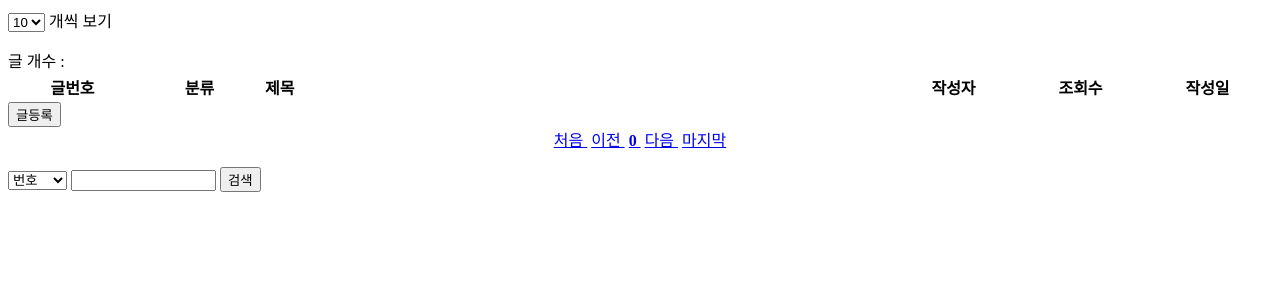
Repository: ekgus419/hckj
Page: http://localhost/Railro/WEB-INF/views/freeBoard/freeBoardList.jsp
An editor plug-in stored every save of this project. The page is shown before and after the next save, followed by the edit.
The browser window is 1280 px wide. The pictures show the whole page.
The page is served by Tomcat 9. Nobody is signed in. Other server files are loaded and not shown. The template is opened directly, without the code that normally fills it, so the values that code supplies are empty.

Above is the page before, as saved 2016-09-04 11:28:59.

### Railro/src/main/webapp/WEB-INF/views/freeBoard/freeBoardList.jsp
<%@ page language="java" pageEncoding="UTF-8" trimDirectiveWhitespaces="true"%>
<%@ taglib prefix="c" uri="http://java.sun.com/jsp/jstl/core" %>

<div class="content">
	<div class="setting">
		<div class="limit-setting">
			<form action="" method="get">
				<select name="limit" onchange="this.form.submit()">
					<option value="5">5</option>
					<option value="10" selected="selected">10</option>
					<option value="15">15</option>
					<option value="20">20</option>
				</select>
				개씩 보기
			</form>
		</div>
		<span>글 개수 : <b>${listCount}</b></span>
	</div>

	<form name="listForm" action="freeBoardList.htm">
		<input type="hidden" name="pageNo" value=""/>
		<table width="100%">
		  <tr>
		    <th width="10%">글번호</th>
		    <th width="10%">분류</th>
		    <th width="50%" style="text-align: left">제목</th>
		    <th width="10%">작성자</th>
		    <th width="10%">조회수</th>
		    <th width="10%">작성일</th>
		  </tr>

		 <c:forEach var="freeBoard" items="${freeBoardList}">
		  <tr>
		  	<td> ${freeBoard.ID}</td>
		  	<td>${freeBoard.SUBJECT}</td>
		  	<td style="text-align: left"><a href="freeBoardDetail.htm?ID=${freeBoard.ID}">${freeBoard.TITLE}</a></td>
		  	<td>${freeBoard.WRITER}</td>
		  	<td>${freeBoard.HIT}</td>
		  	<td>${freeBoard.REGDATE}</td>
		  </tr>
		  </c:forEach>
		</table>

		<div class="button1">
			<input type="button" onclick="location.href='freeBoardReg.htm'" value="글등록"/>
		</div>

		<div class="paging" align="center">
			<jsp:include page="../inc/paging.jsp" flush ="true">
				<jsp:param name="firstPageNo" value="${paging.firstPageNo}" />
				<jsp:param name="prevPageNo" value="${paging.prevPageNo}" />
				<jsp:param name="startPageNo" value="${paging.startPageNo}" />
				<jsp:param name="pageNo" value="${paging.pageNo}" />
				<jsp:param name="endPageNo" value="${paging.endPageNo}" />
				<jsp:param name="nextPageNo" value="${paging.nextPageNo}" />
				<jsp:param name="finalPageNo" value="${paging.finalPageNo}" />
			</jsp:include>
		</div>
	</form>

    <!-- 검색입력 폼 -->
	<form method="post" action="freeBoardList.htm">
		<div class="search">
		  	<select name="keyField">
		  		<option value="ID">번호 </option>
		        <option value="WRITER">작성자 </option>
		        <option value="TITLE">제목 </option>
				<option value="CONTENTS">내용 </option>
				<option value="SUBJECT">분류 </option>
		    </select>
		  	<input type="text" name="keyWord" size="15"/>
			<input type="submit" value="검색"/>
		</div>
	 </form>
</div>

### Railro/src/main/webapp/WEB-INF/views/inc/paging.jsp
<%@ page language="java" contentType="text/html; charSet=UTF-8" pageEncoding="UTF-8" %>
<%@ taglib prefix="c" uri="http://java.sun.com/jsp/jstl/core" %>

<style>
.selected{
	font-weight: bold;
}
</style>
<script type="text/javascript">
	function goPage(pageNo){
		document.listForm.pageNo.value = pageNo;
		document.listForm.submit();
	}
</script>

<div class="pagination">
	<a href="javascript:goPage(${param.firstPageNo})" class="first">처음&nbsp;</a>
	<a href="javascript:goPage(${param.prevPageNo})" class="prev">이전&nbsp;</a>
	<span>
		<c:forEach var="i" begin="${param.startPageNo}" end="${param.endPageNo}" step="1">
			<c:choose>
				<c:when test="${i eq param.pageNo}">
					<a href="javascript:goPage(${i})" class="selected">${i}&nbsp;</a>
				</c:when>
				<c:otherwise>
					<a href="javascript:goPage(${i})">${i}&nbsp;</a>
				</c:otherwise>
			</c:choose>
		</c:forEach>
	</span>
	<a href="javascript:goPage(${param.nextPageNo})" class="next">다음&nbsp;</a>
	<a href="javascript:goPage(${param.finalPageNo})" class="last">마지막</a>
</div>

After the next save:
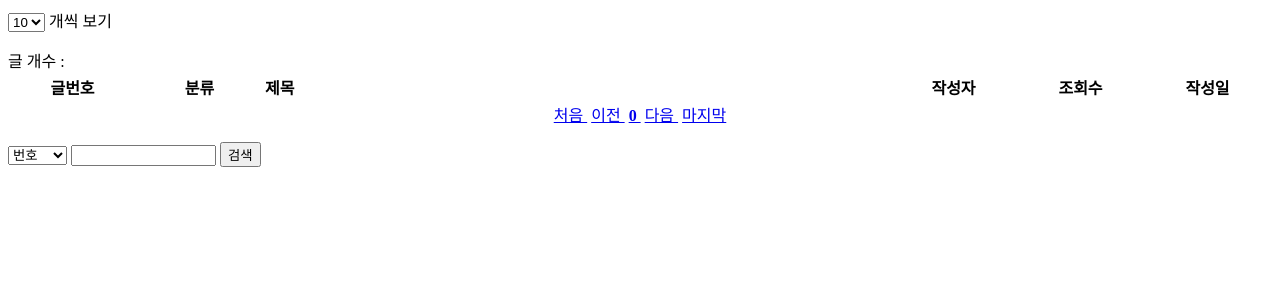
Saved 18 min 37 s later.
--- a/Railro/src/main/webapp/WEB-INF/views/freeBoard/freeBoardList.jsp
+++ b/Railro/src/main/webapp/WEB-INF/views/freeBoard/freeBoardList.jsp
@@ -1,5 +1,7 @@
 <%@ page language="java" pageEncoding="UTF-8" trimDirectiveWhitespaces="true"%>
 <%@ taglib prefix="c" uri="http://java.sun.com/jsp/jstl/core" %>
+<%@ taglib prefix="security" uri="http://www.springframework.org/security/tags" %>
+
 
 <div class="content">
 	<div class="setting">
@@ -41,9 +43,11 @@
 		  </c:forEach>
 		</table>
 
+	<security:authorize ifAllGranted="ROLE_USER">
 		<div class="button1">
 			<input type="button" onclick="location.href='freeBoardReg.htm'" value="글등록"/>
 		</div>
+	</security:authorize>
 
 		<div class="paging" align="center">
 			<jsp:include page="../inc/paging.jsp" flush ="true">
